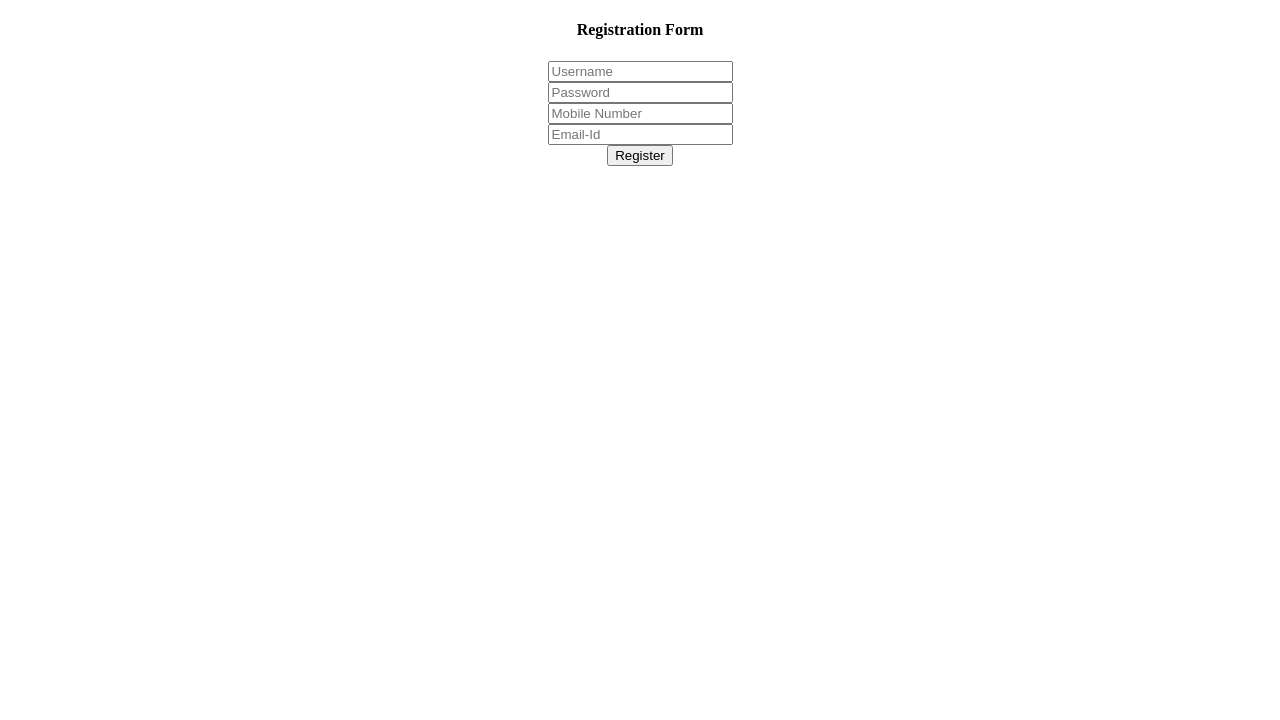
Repository: Shreyash1107/Web_Projects
Page: http://localhost/AlumnieventmanagementApplication/Register.jsp
An editor plug-in stored every save of this project. The page is shown before and after the next save, followed by the edit.
The browser window is 1280 px wide. The pictures show the whole page.
The page is served by Tomcat 9. Nobody is signed in. The application's start-up code is not run. Other server files are loaded and not shown.

Above is the page before, as saved 2024-07-21 07:00:23.

### AlumnieventmanagementApplication/src/main/webapp/Register.jsp
<%@ page language="java" contentType="text/html; charset=ISO-8859-1"
	pageEncoding="ISO-8859-1"%>
<!DOCTYPE html>
<html>
<head>
<meta charset="ISO-8859-1">
<title>Registration</title>
<link rel='stylesheet' href=''
</head>
<body>
<form>
<center>
	<div class='container'>
		<h4>Registration Form</h4>
		<div class='wrapper'>
			<input type='text' name='Username' value='' placeholder='Username' />
		</div>
		<div class='content'>
			<input type='password' name='Password' value=''
				placeholder='Password' />
		</div>
		<div class='sub-content'>
			<input type='contact' name='Contact' value=''
				placeholder='Mobile Number'/>
		</div>
		<div class='menu'>
			<input type='email' name='Email-Id' value=''
					placeholder='Email-Id'/>
		</div>
		<div class='btn'>
			<input type='submit' name='reg' value='Register'/>
		</div>
	</div>
	</center>
	</form>
</body>
</html>

### AlumnieventmanagementApplication/src/main/webapp/CSS/style.css
@charset "ISO-8859-1";
*
{
	padding: 0;
	margin:0;
	box-sizing: border-box;
}
body
{
	background-color:beige;
	font-size: 16px;
	font-family: Cambria, Cochin, Georgia, Times, 'Times New Roman', serif;
}
.wrapper
{
	width: 600px;
	height: 380px;
	margin:150px auto;
	border: 5px solid black;
	border-top-left-radius: 50px;
	border-bottom-right-radius: 50px;
}
.wrapper h4
{
	padding-top: 20px;
	font-size: 20px;
}
.box
{
	padding-top:40px;
}
input[type='text']
{
	width: 400px;
	height:40px;
	border-radius: 13px;
	border:none;
}
input[type='password']
{
	width: 400px;
	height:40px;
	border-radius: 13px;
	border:none;
}
input[type='submit']
{
	width: 400px;
	height:40px;
	border-radius: 10px;
	border:none;
}
input[type='submit']:hover
{
	background-color: lightcoral;
	cursor: pointer;
	transform: scale(1.3);
	transition: 1s ease-in-out, transform 1s ease-in-out;
}
.Register
{
	padding-bottom: 15px;
}
.reference a
{
	text-decoration: none;
}

After the next save:
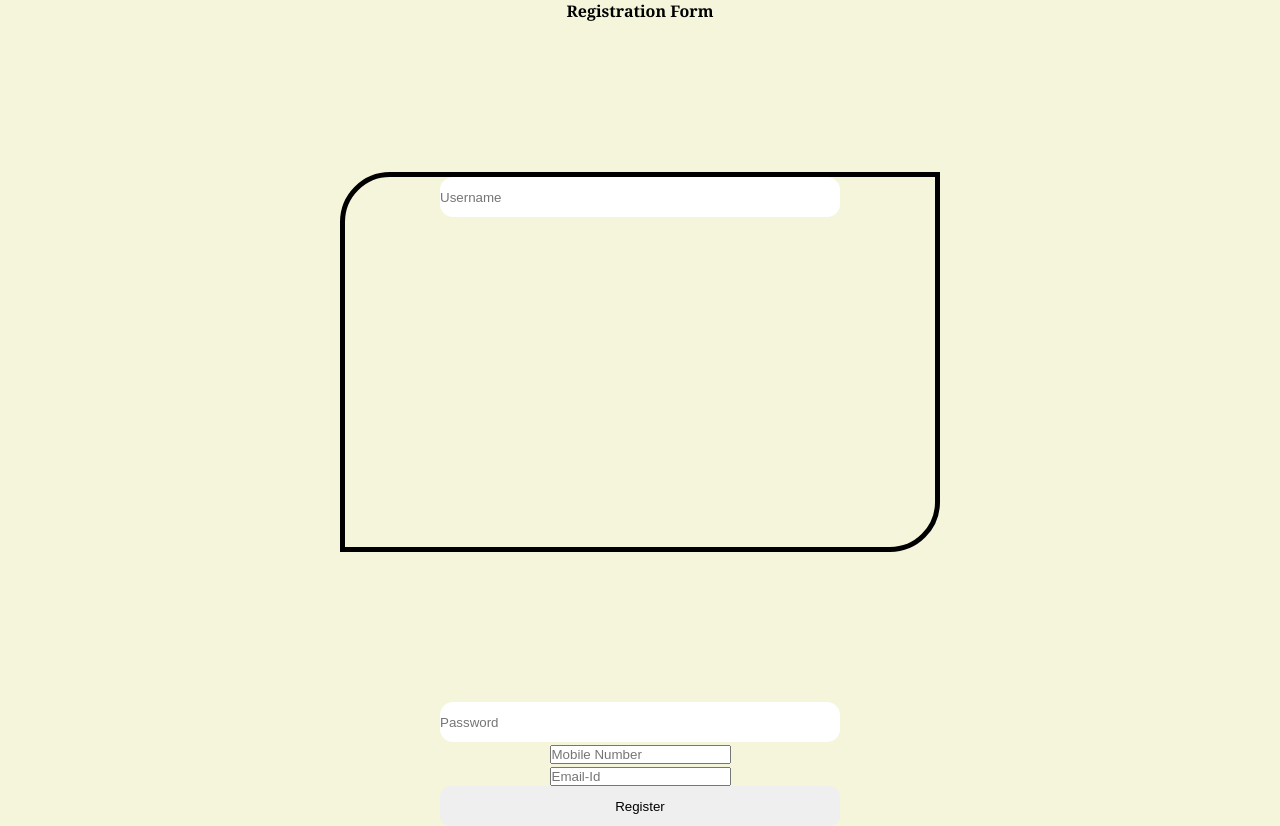
Saved 18 s later.
--- a/AlumnieventmanagementApplication/src/main/webapp/Register.jsp
+++ b/AlumnieventmanagementApplication/src/main/webapp/Register.jsp
@@ -5,7 +5,7 @@
 <head>
 <meta charset="ISO-8859-1">
 <title>Registration</title>
-<link rel='stylesheet' href=''
+<link rel='stylesheet' href='CSS/style.css'/>
 </head>
 <body>
 <form>
